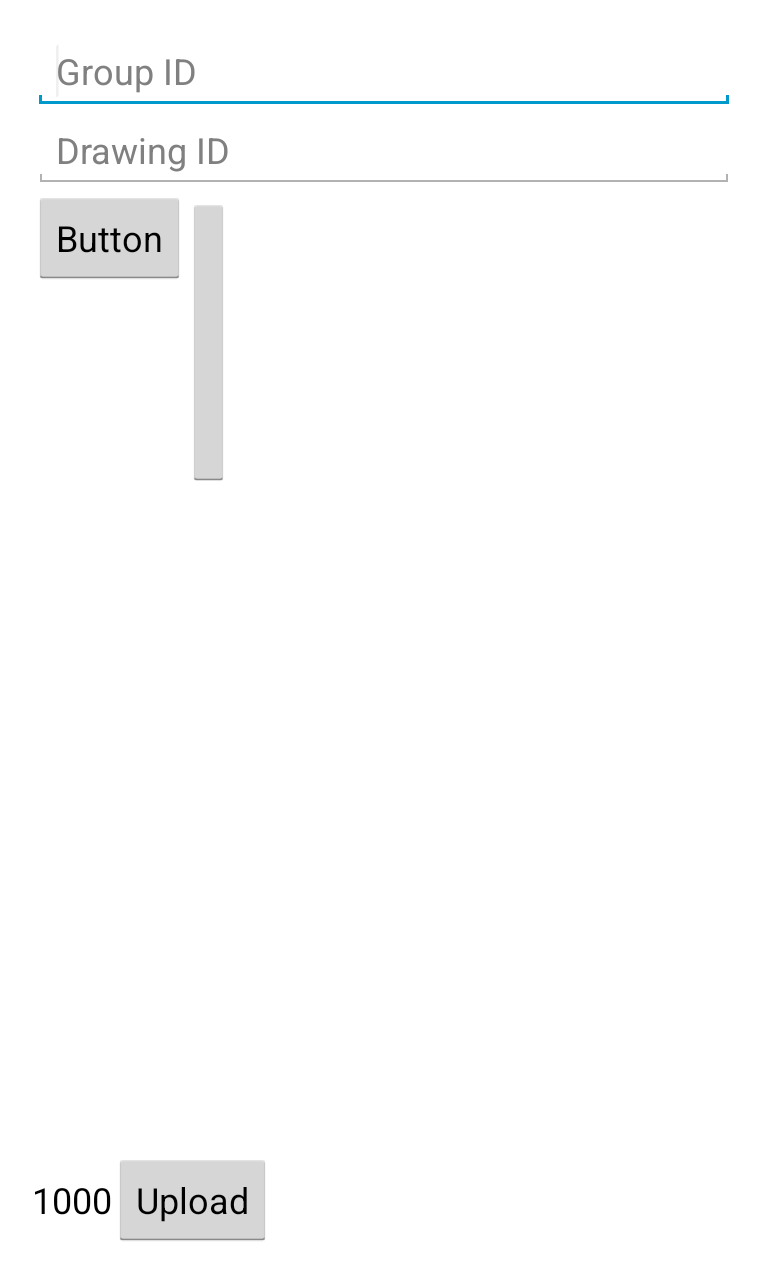
Repository: orsonteodoro/gpsdraw
Layout: gpsdraw/gpsdraw/res/layout/fragment_gpsdraw.xml
These files come from the project's save history. The layout is drawn as it stood at one moment and after the next save; the edit follows.
It is drawn on a 768 x 1280 px phone screen (xhdpi) without system bars, with theme AppTheme; the app's code is not run.

Above is the layout before, as saved 2014-05-04 09:27:37.

After the next save:
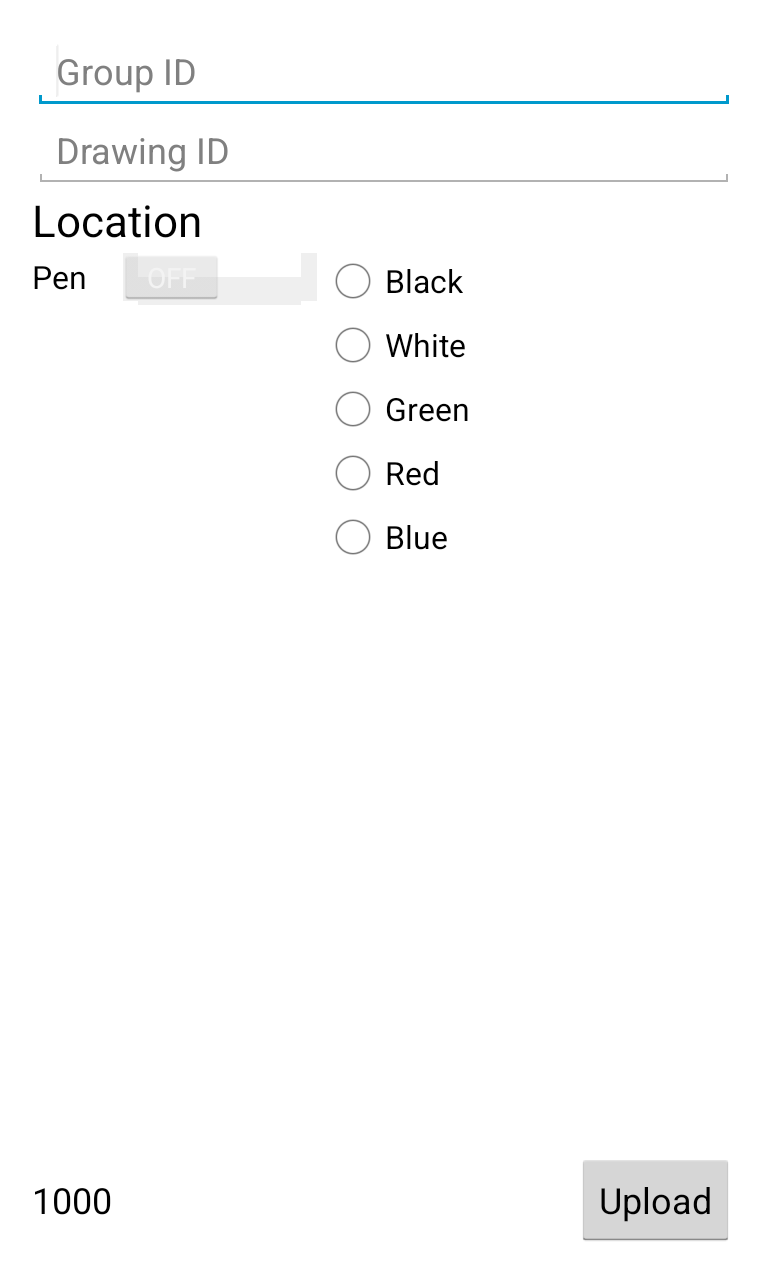
Saved 10 min 40 s later.
--- a/gpsdraw/gpsdraw/res/layout/fragment_gpsdraw.xml
+++ b/gpsdraw/gpsdraw/res/layout/fragment_gpsdraw.xml
@@ -43,17 +43,61 @@
                 android:layout_width="99dp"
                 android:layout_height="wrap_content" >
 
-                <Button
-                    android:id="@+id/button2"
+                <TextView
+                    android:id="@+id/textViewLocation"
+                    android:layout_width="286dp"
+                    android:layout_height="wrap_content"
+                    android:text="Location"
+                    android:textAppearance="?android:attr/textAppearanceLarge" />
+
+            </LinearLayout>
+
+            <LinearLayout
+                android:layout_width="match_parent"
+                android:layout_height="244dp" >
+
+                <Switch
+                    android:id="@+id/switchPen"
                     android:layout_width="wrap_content"
                     android:layout_height="wrap_content"
-                    android:text="Button" />
+                    android:text="Pen" />
 
-                <Button
-                    android:id="@+id/button1"
+                <LinearLayout
                     android:layout_width="wrap_content"
-                    android:layout_height="wrap_content"
-                    android:text="Button" />
+                    android:layout_height="match_parent"
+                    android:orientation="vertical" >
+
+                    <RadioButton
+                        android:id="@+id/RadioButtonColorBlack"
+                        android:layout_width="wrap_content"
+                        android:layout_height="wrap_content"
+                        android:text="Black" />
+
+                    <RadioButton
+                        android:id="@+id/RadioButtonColorWhite"
+                        android:layout_width="wrap_content"
+                        android:layout_height="wrap_content"
+                        android:text="White" />
+
+                    <RadioButton
+                        android:id="@+id/RadioButtonColorGreen"
+                        android:layout_width="wrap_content"
+                        android:layout_height="wrap_content"
+                        android:text="Green" />
+
+                    <RadioButton
+                        android:id="@+id/radioButtonColorRed"
+                        android:layout_width="wrap_content"
+                        android:layout_height="wrap_content"
+                        android:text="Red" />
+
+                    <RadioButton
+                        android:id="@+id/radioButtonColorBlue"
+                        android:layout_width="wrap_content"
+                        android:layout_height="wrap_content"
+                        android:text="Blue" />
+
+                </LinearLayout>
 
             </LinearLayout>
 
@@ -73,6 +117,7 @@
                 android:id="@+id/textViewBufferFullness"
                 android:layout_width="wrap_content"
                 android:layout_height="wrap_content"
+                android:layout_weight="0.73"
                 android:text="1000"
                 android:textAppearance="?android:attr/textAppearanceMedium" />
 
@@ -82,6 +127,7 @@
                 android:layout_height="wrap_content"
                 android:text="Upload" />
         </LinearLayout>
+
     </LinearLayout>
 
 </RelativeLayout>
